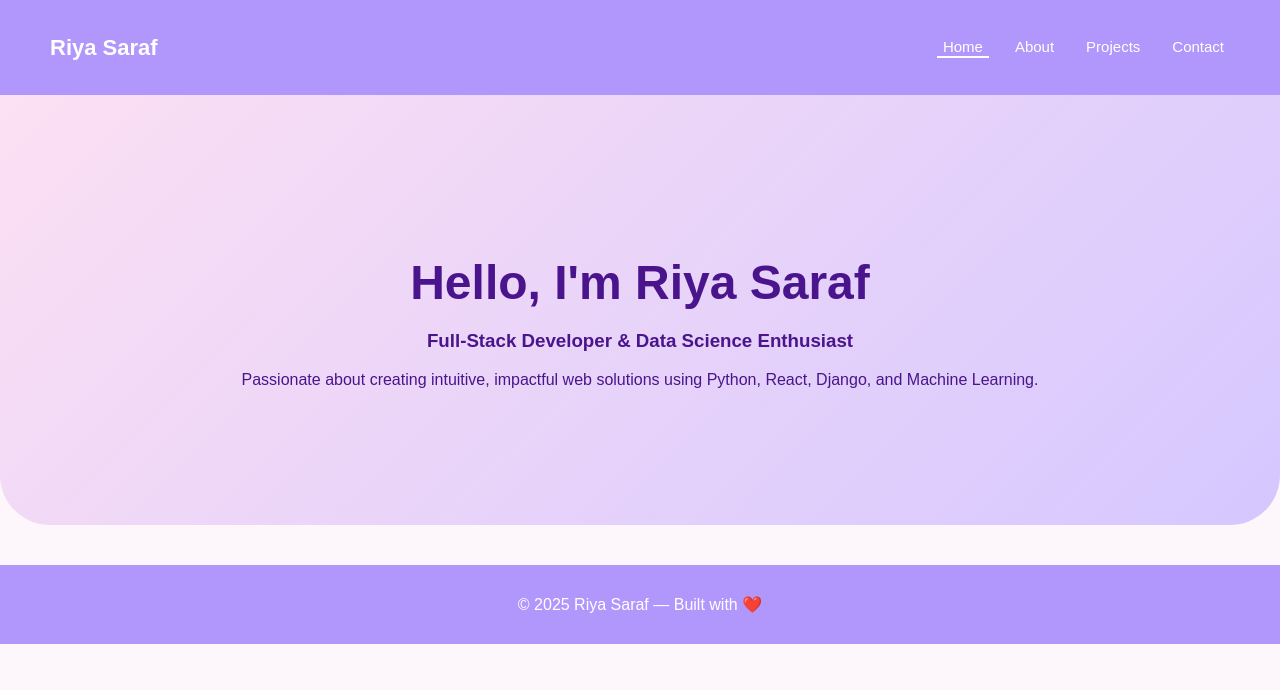
Repository: riyaaaa19/riya-portfolio
Page: /
The author's editor kept a copy of each file at every save. The page is drawn from the files as they stood at one save, then again after the next save.
The browser window is 1280 px wide. The pictures show the whole page.
The project was rebuilt for these pictures with package versions that can differ from the ones it lists, and the page was loaded fresh each time.

Above is the page before, as saved 2025-09-13 16:20:06.

### src/App.js
import React, { useState } from "react";
import { Github, Linkedin, Mail } from "lucide-react";
import "./styles.css";

export default function App() {
  const [activePage, setActivePage] = useState("home");

  const projects = [
    {
      title: "Leave Management System",
      img: "/images/leave.png",
      tech: "React.js, FastAPI, PostgreSQL, JWT",
      desc: "Full-stack app for managing employee leave requests with secure authentication.",
      github: "https://github.com/riyaaaa19/leave-management-system",
      live: "https://leave-management-system-cltb.onrender.com/",
    },
    {
      title: "Genomic Analysis Web Application",
      img: "/images/genomics.png",
      tech: "Django, Scikit-learn, Pandas",
      desc: "ML-powered genomic analysis with model selection and visualizations.",
      github: "https://github.com/riyaaaa19/genomic-analysis-django",
    },
    {
      title: "CyberSaarthi – Phishing Detection",
      img: "/images/cyber.png",
      tech: "FastAPI, React.js, SQLite",
      desc: "Phishing & invoice fraud detection with rule-based and ML approaches.",
      github: "https://github.com/riyaaaa19/CyberSaarthi",
    },
  ];

  return (
    <div className="portfolio">
      {/* HEADER */}
      <header className="header">
        <h1 className="logo">Riya Saraf</h1>
        <nav>
          {["home", "about", "projects", "contact"].map((page) => (
            <button
              key={page}
              className={activePage === page ? "active" : ""}
              onClick={() => setActivePage(page)}
            >
              {page.charAt(0).toUpperCase() + page.slice(1)}
            </button>
          ))}
        </nav>
      </header>

      {/* HOME */}
      {activePage === "home" && (
        <section className="hero">
          <div className="hero-text">
            <h2>Hello, I'm <span className="highlight">Riya Saraf</span></h2>
            <h3>Full-Stack Developer & Data Science Enthusiast</h3>
            <p>
              Passionate about creating intuitive, impactful web solutions using Python, React,
              Django, and Machine Learning.
            </p>
          </div>
        </section>
      )}

      {/* ABOUT */}
      {activePage === "about" && (
        <section className="about">
          <div className="about-card">
            <img src="/images/riya-photo.png" alt="Riya Saraf" className="about-photo" />
            <div>
              <h2>About Me</h2>
              <p>
                I’m a Computer Science undergrad specializing in Data Science and Full-Stack
                Development. Skilled in Python, React, Django, and ML, I love building user-friendly
                interfaces and exploring innovative AI/ML solutions to solve real-world problems.
              </p>
            </div>
          </div>
        </section>
      )}

      {/* PROJECTS */}
      {activePage === "projects" && (
        <section className="projects">
          <h2>My Projects</h2>
          <div className="project-grid">
            {projects.map((p, i) => (
              <div key={i} className="project-card">
                <img src={p.img} alt={p.title} />
                <h3>{p.title}</h3>
                <p className="tech">{p.tech}</p>
                <p>{p.desc}</p>
                <div className="buttons">
                  <a href={p.github} target="_blank" rel="noreferrer" className="btn">
                    GitHub
                  </a>
                  {p.live && (
                    <a href={p.live} target="_blank" rel="noreferrer" className="btn">
                      Live Demo
                    </a>
                  )}
                </div>
              </div>
            ))}
          </div>
        </section>
      )}

      {/* CONTACT */}
      {activePage === "contact" && (
        <section className="contact">
          <h2>Let’s Work Together!</h2>
          <p>Email: <a href="mailto:riyasaraf19@gmail.com">riyasaraf19@gmail.com</a></p>
          <div className="social-icons">
            <a href="https://linkedin.com/in/riya-saraf-9223a9257" target="_blank" rel="noreferrer">
              <Linkedin size={18}/> LinkedIn
            </a>
            <a href="https://github.com/riyaaaa19" target="_blank" rel="noreferrer">
              <Github size={18}/> GitHub
            </a>
            <a href="mailto:riyasaraf19@gmail.com">
              <Mail size={18}/> Email
            </a>
          </div>
        </section>
      )}

      <footer>© {new Date().getFullYear()} Riya Saraf — Built with ❤️</footer>
    </div>
  );
}

### src/styles.css
body {
  margin: 0;
  font-family: "Poppins", sans-serif;
  background: #fdf7fb;
  color: #333;
}

.header {
  background: #b197fc;
  color: white;
  display: flex;
  justify-content: space-between;
  align-items: center;
  padding: 20px 50px;
  position: sticky;
  top: 0;
  z-index: 100;
}

.header .logo {
  font-size: 22px;
  font-weight: bold;
}

nav button {
  background: none;
  border: none;
  color: white;
  margin-left: 20px;
  cursor: pointer;
  font-weight: 500;
  font-size: 15px;
}

nav button.active {
  border-bottom: 2px solid #fff;
}

.hero {
  background: linear-gradient(135deg, #fce0f3, #d5c7ff);
  text-align: center;
  padding: 120px 40px;
  color: #4a148c;
  border-radius: 0 0 50px 50px;
}

.hero h2 {
  font-size: 48px;
  font-weight: 800;
  margin-bottom: 20px;
}

.about {
  padding: 80px 40px;
  display: flex;
  justify-content: center;
}

.about-card {
  display: flex;
  background: #ffe4ec;
  padding: 30px;
  border-radius: 20px;
  gap: 30px;
  max-width: 800px;
  box-shadow: 0 8px 20px rgba(0, 0, 0, 0.1);
}

.about-photo {
  width: 200px;
  height: 200px;
  border-radius: 50%;
  object-fit: cover;
}

.projects {
  padding: 80px 40px;
  background: #fef9ff;
}

.project-grid {
  display: grid;
  grid-template-columns: repeat(auto-fit, minmax(280px, 1fr));
  gap: 30px;
}

.project-card {
  background: #fff0f6;
  border-radius: 16px;
  padding: 20px;
  box-shadow: 0 6px 18px rgba(0, 0, 0, 0.08);
  transition: transform 0.3s ease;
}

.project-card:hover {
  transform: translateY(-6px);
}

.project-card img {
  width: 100%;
  border-radius: 12px;
  margin-bottom: 15px;
}

.tech {
  color: #b197fc;
  font-weight: 600;
  font-size: 14px;
}

.buttons .btn {
  background: #b197fc;
  color: white;
  padding: 8px 14px;
  margin: 5px;
  border-radius: 6px;
  text-decoration: none;
  font-size: 14px;
  transition: background 0.3s;
}

.buttons .btn:hover {
  background: #9b84e3;
}

.contact {
  padding: 80px 40px;
  background: #fce0f3;
  text-align: center;
}

.contact a {
  color: #6a1b9a;
  text-decoration: none;
  font-weight: 500;
}

.social-icons a {
  display: inline-flex;
  align-items: center;
  margin: 10px;
  color: #6a1b9a;
}

footer {
  text-align: center;
  padding: 30px;
  background: #b197fc;
  color: white;
  margin-top: 40px;
}

Loaded but not shown: public/index.html (common file); src/index.js (common file)

After the next save:
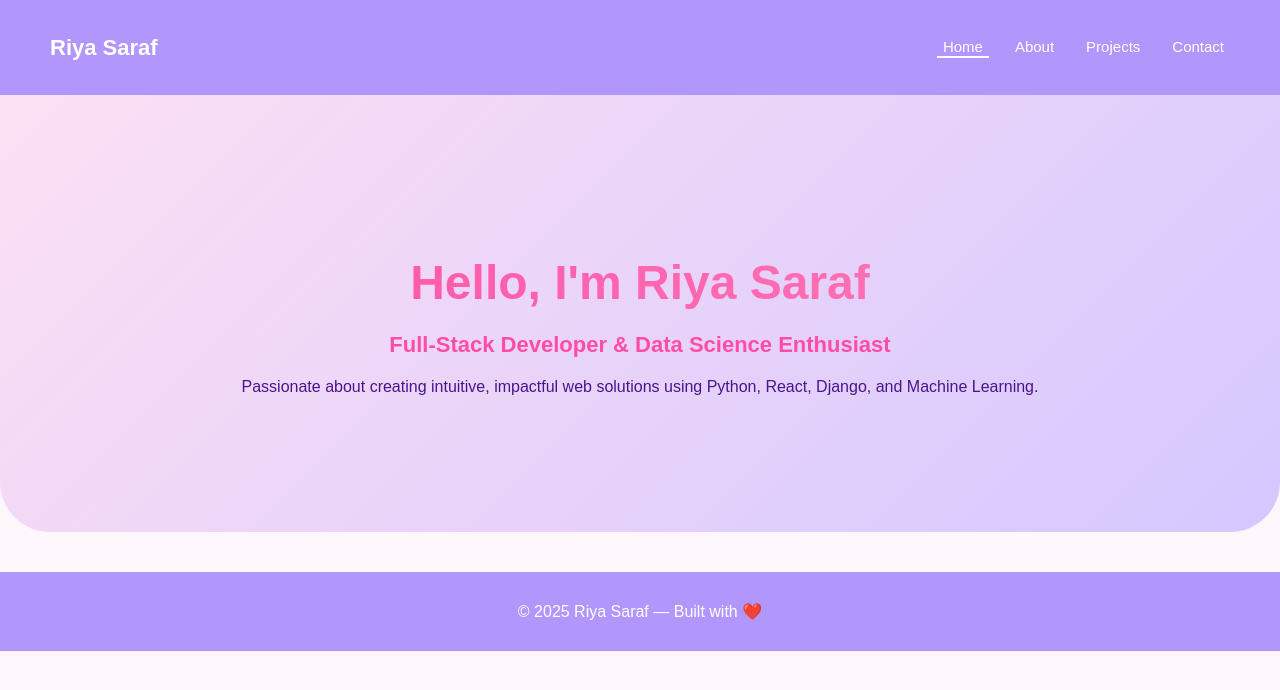
Saved 26 s later.
--- a/src/styles.css
+++ b/src/styles.css
@@ -5,6 +5,7 @@ body {
   color: #333;
 }
 
+/* HEADER */
 .header {
   background: #b197fc;
   color: white;
@@ -17,7 +18,7 @@ body {
   z-index: 100;
 }
 
-.header .logo {
+.logo {
   font-size: 22px;
   font-weight: bold;
 }
@@ -30,12 +31,18 @@ nav button {
   cursor: pointer;
   font-weight: 500;
   font-size: 15px;
+  transition: opacity 0.3s;
 }
 
 nav button.active {
   border-bottom: 2px solid #fff;
 }
 
+nav button:hover {
+  opacity: 0.8;
+}
+
+/* HERO */
 .hero {
   background: linear-gradient(135deg, #fce0f3, #d5c7ff);
   text-align: center;
@@ -48,8 +55,20 @@ nav button.active {
   font-size: 48px;
   font-weight: 800;
   margin-bottom: 20px;
+  background: linear-gradient(45deg, #ff4da6, #ff7eb9);
+  background-clip: text;
+  -webkit-background-clip: text;
+  color: transparent;
+  -webkit-text-fill-color: transparent;
 }
 
+.hero h3 {
+  font-size: 22px;
+  color: #ff4da6;
+  margin-bottom: 20px;
+}
+
+/* ABOUT */
 .about {
   padding: 80px 40px;
   display: flex;
@@ -71,11 +90,19 @@ nav button.active {
   height: 200px;
   border-radius: 50%;
   object-fit: cover;
+  box-shadow: 0 6px 18px rgba(0,0,0,0.2);
 }
 
+/* PROJECTS */
 .projects {
   padding: 80px 40px;
   background: #fef9ff;
+}
+
+.projects h2 {
+  text-align: center;
+  margin-bottom: 40px;
+  font-size: 32px;
 }
 
 .project-grid {
@@ -123,6 +150,7 @@ nav button.active {
   background: #9b84e3;
 }
 
+/* CONTACT */
 .contact {
   padding: 80px 40px;
   background: #fce0f3;
@@ -140,6 +168,7 @@ nav button.active {
   align-items: center;
   margin: 10px;
   color: #6a1b9a;
+  font-weight: 500;
 }
 
 footer {
